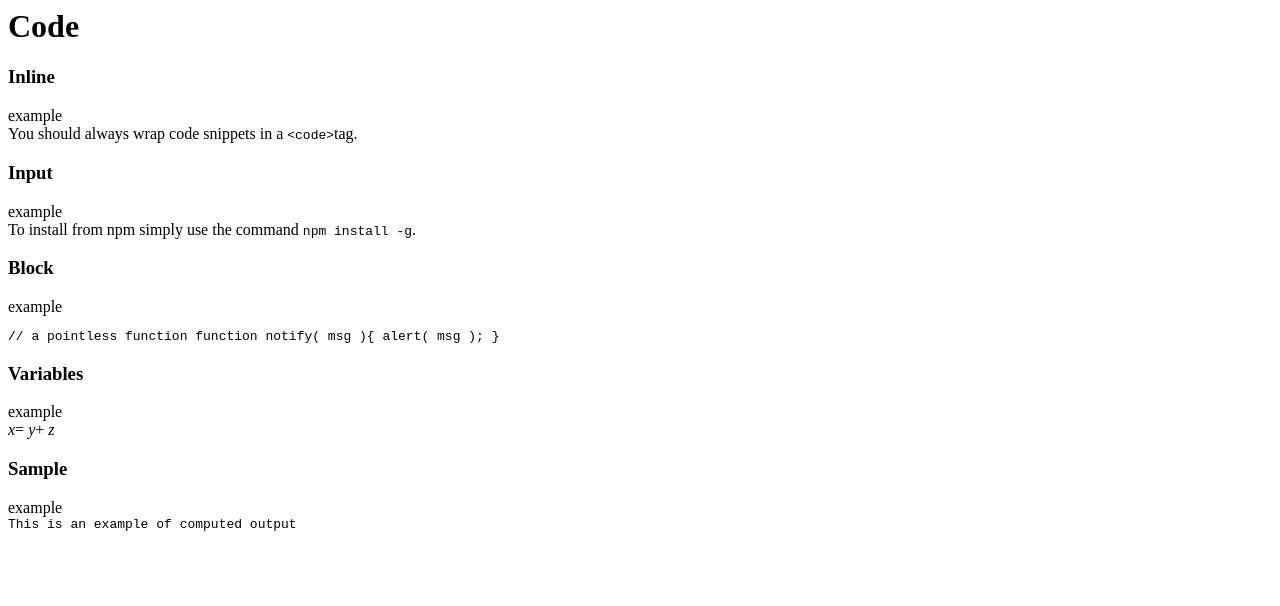
Repository: sympolinc/silk
Page: http://localhost/views/code.php
The author's editor kept a record of every edit. The page is drawn from the files as they stood at one moment, then again after the next edit.
The browser window is 1280 px wide. The pictures show the whole page.
The page is run by PHP 8.4 with error messages shown; the project is at /var/www/html/.

Above is the page before.

### views/code.php
<div class="section">
    <h1>Code</h1>
    <div class="section">
        <h3>Inline</h3>
        <div class="silk-example">
            <span class="lang">example</span>
            <div data-example>You should always wrap code snippets in a
                <code>&lt;code></code>tag.</div>
        </div>
    </div>
    <div class="section">
        <h3>Input</h3>
        <div class="silk-example">
            <span class="lang">example</span>
            <div data-example>To install from npm simply use the command
                <kbd>npm install -g</kbd>.</div>
        </div>
    </div>
    <div class="section">
        <h3>Block</h3>
        <div class="silk-example">
            <span class="lang">example</span>
            <div data-example>
                <pre>// a pointless function function notify( msg ){ alert( msg ); }</pre>
            </div>
        </div>
    </div>
    <div class="section">
        <h3>Variables</h3>
        <div class="silk-example">
            <span class="lang">example</span>
            <div data-example>
                <var>x</var>=
                <var>y</var>+
                <var>z</var>
            </div>
        </div>
    </div>
    <div class="section">
        <h3>Sample</h3>
        <div class="silk-example">
            <span class="lang">example</span>
            <div data-example>
                <samp>This is an example of computed output</samp>
            </div>
        </div>
    </div>
</div>

After the next edit:
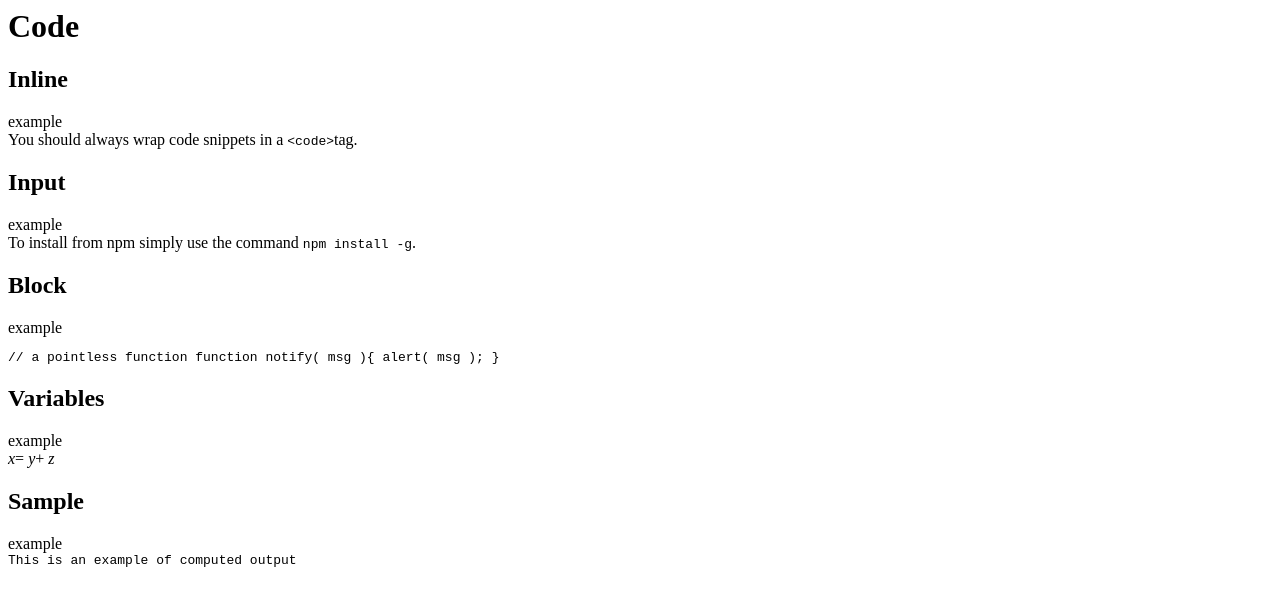
The edit:
--- a/views/code.php
+++ b/views/code.php
@@ -1,7 +1,7 @@
 <div class="section">
     <h1>Code</h1>
     <div class="section">
-        <h3>Inline</h3>
+        <h2>Inline</h2>
         <div class="silk-example">
             <span class="lang">example</span>
             <div data-example>You should always wrap code snippets in a
@@ -9,7 +9,7 @@
         </div>
     </div>
     <div class="section">
-        <h3>Input</h3>
+        <h2>Input</h2>
         <div class="silk-example">
             <span class="lang">example</span>
             <div data-example>To install from npm simply use the command
@@ -17,7 +17,7 @@
         </div>
     </div>
     <div class="section">
-        <h3>Block</h3>
+        <h2>Block</h2>
         <div class="silk-example">
             <span class="lang">example</span>
             <div data-example>
@@ -26,7 +26,7 @@
         </div>
     </div>
     <div class="section">
-        <h3>Variables</h3>
+        <h2>Variables</h2>
         <div class="silk-example">
             <span class="lang">example</span>
             <div data-example>
@@ -37,7 +37,7 @@
         </div>
     </div>
     <div class="section">
-        <h3>Sample</h3>
+        <h2>Sample</h2>
         <div class="silk-example">
             <span class="lang">example</span>
             <div data-example>
